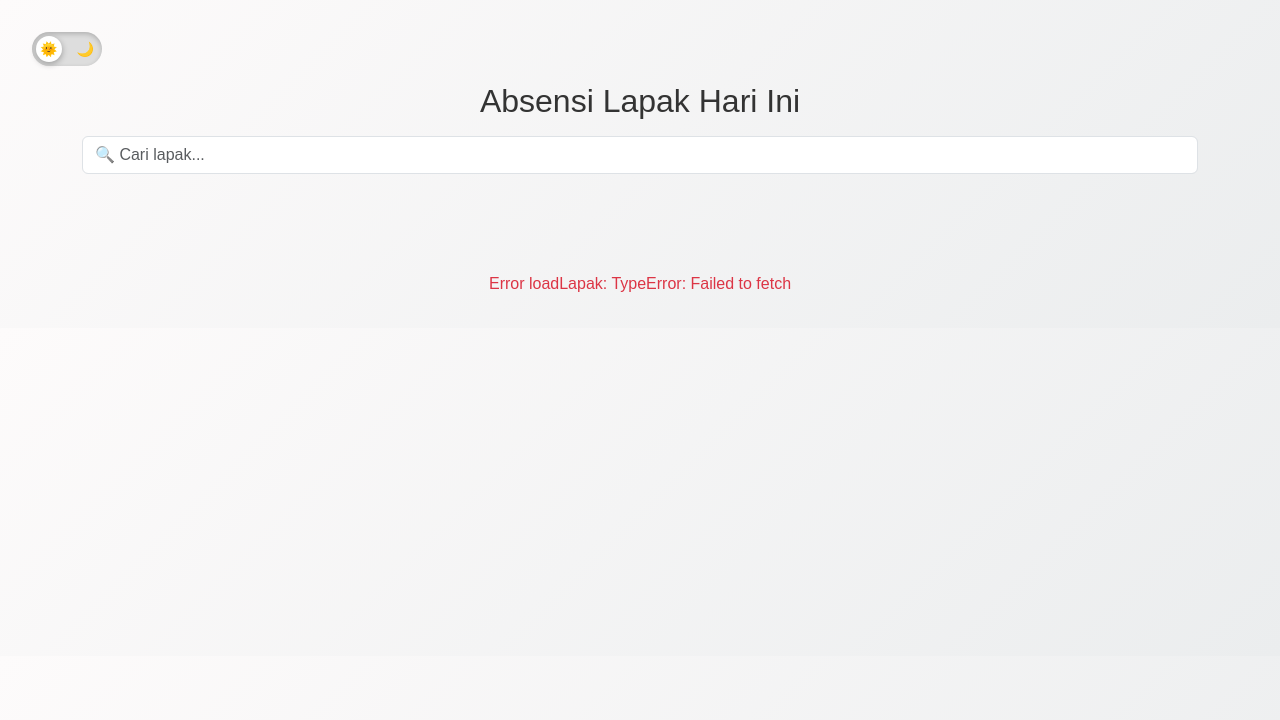
Repository: pasarrakyatbak/absensi
Page: index.html
An editor plug-in stored every save of this project. The page is shown before and after a run of saves, followed by the edit.
The browser window is 1280 px wide. The pictures show the whole page.
The page's requests for data from a server got no answer.

Above is the page before, as saved 2025-09-22 05:52:32.

After the next 2 saves:
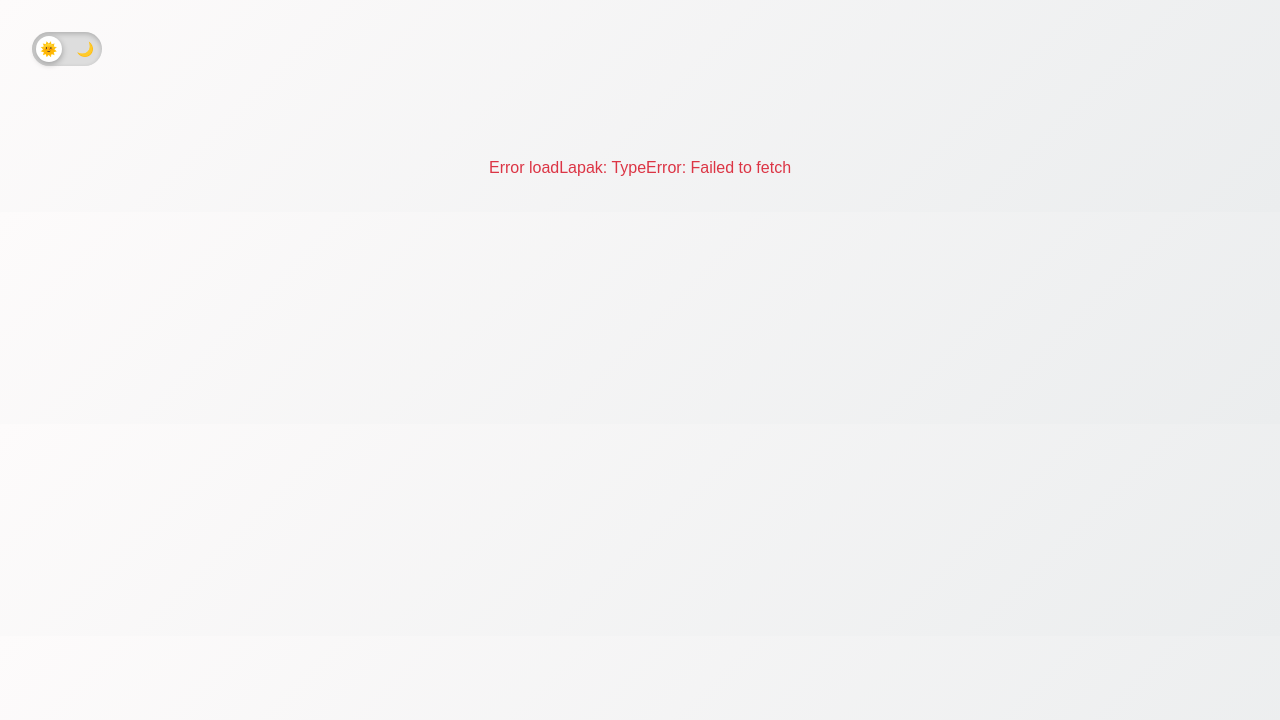
The 2 saves are shown as one change because they came seconds apart.
The last was saved 82 s later.
--- a/index.html
+++ b/index.html
@@ -21,9 +21,6 @@
     </div>
 
     <div class="container">
-        <!-- Judul & Search -->
-        <h2 class="mb-3 text-center">Absensi Lapak Hari Ini</h2>
-        <input type="text" id="searchInput" class="form-control mb-4" placeholder="🔍 Cari lapak...">
 
         <!-- Ringkasan -->
         <div id="lapakSummary" class="summary-cards mb-4"></div>
